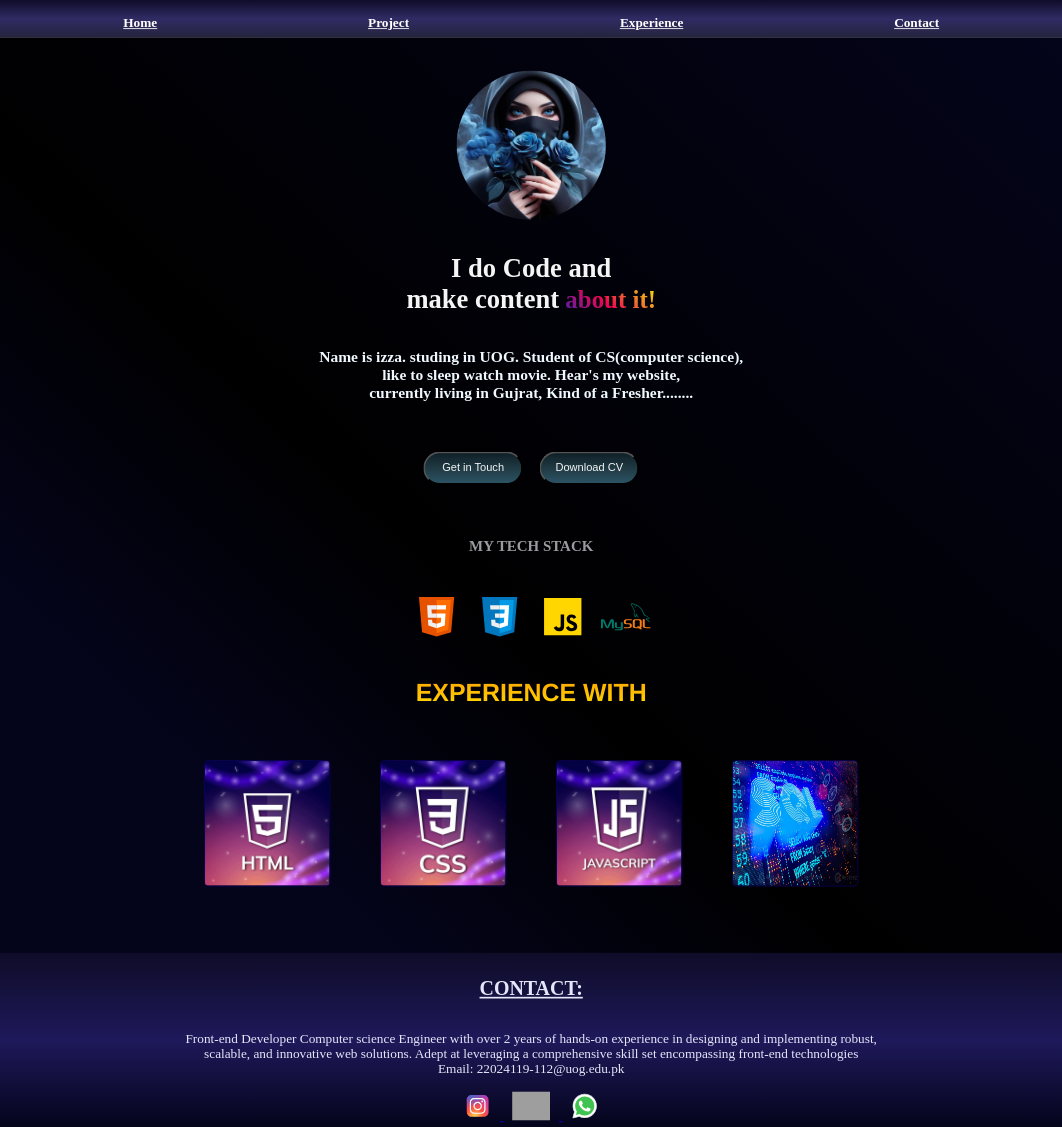
Repository: Fizza-112/portfolio
Page: index.html
The author's editor kept a copy of each file at every save. The page is drawn from the files as they stood at one save, then again after a run of saves.
The browser window is 1280 px wide. The pictures show the whole page, at 83% of full size.
Pictures or frames that could not be fetched are drawn as grey boxes.

Above is the page before, as saved 2024-09-07 05:58:41.

After the next 5 saves:
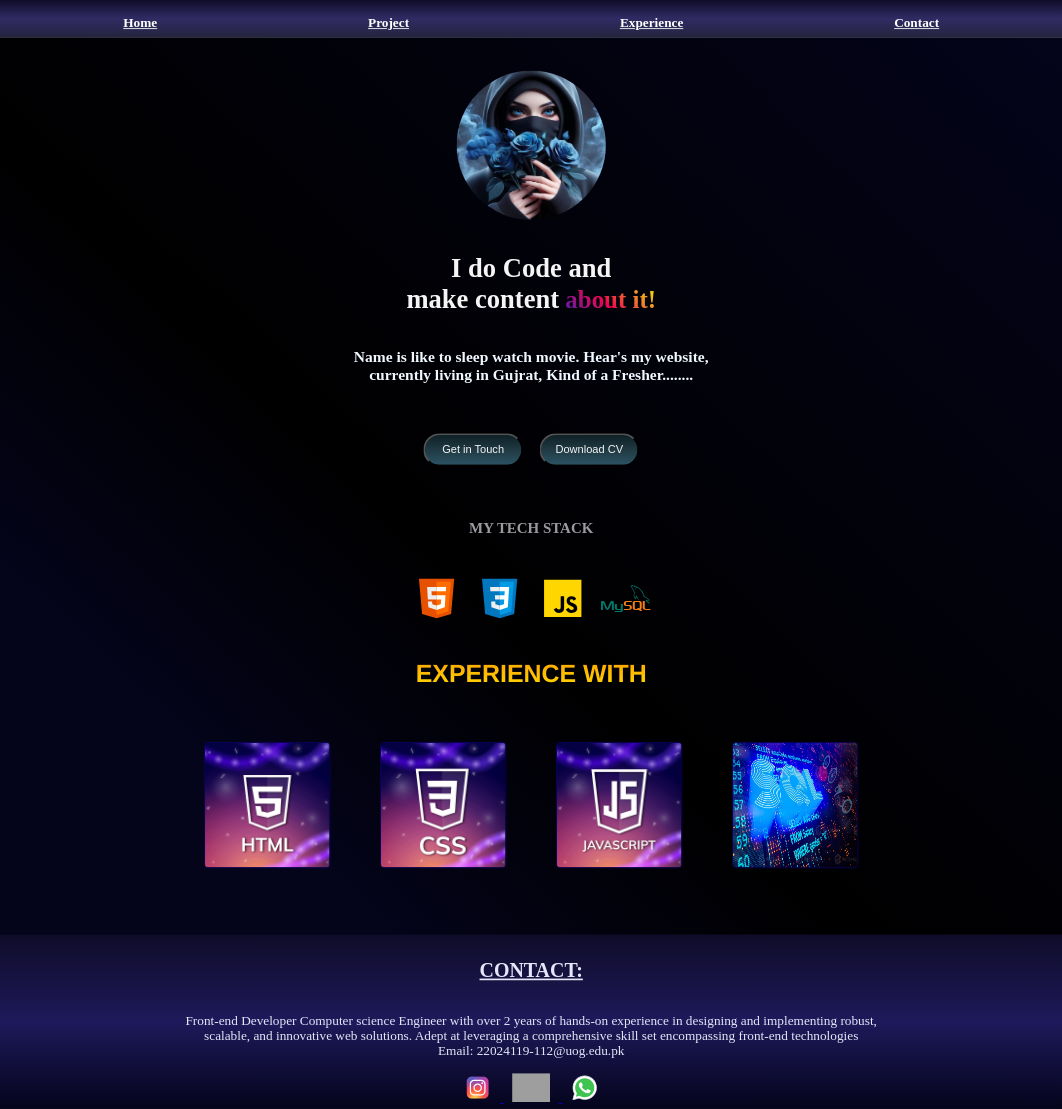
The 5 saves are shown as one change because they came seconds apart.
The last was saved 34 s later.
--- a/index.html
+++ b/index.html
@@ -30,7 +30,7 @@
         </div>
         <p>
             <h3>
-            Name is izza. studing in UOG. Student of CS(computer science),<br>
+            Name is<span Fizza. studing in UOG. Student of CS(computer science),<br>
             like to sleep watch movie. Hear's my website,<br>
             currently living in Gujrat, Kind of a Fresher........</h3>
         </p>

After the 2 saves that followed:
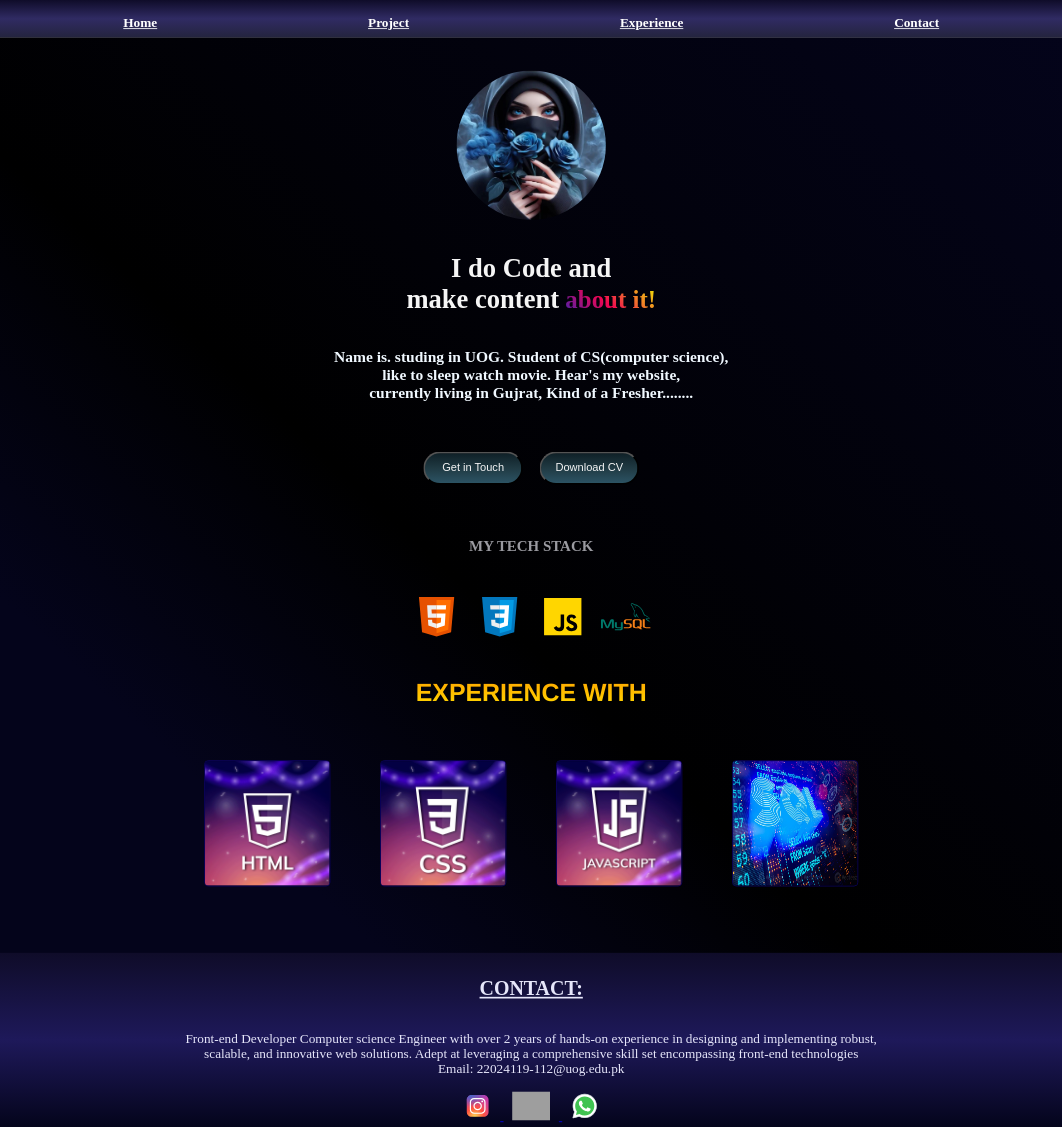
The 2 saves are shown as one change because 1 left the picture as it was.
The last was saved 11 s later.
--- a/index.html
+++ b/index.html
@@ -30,7 +30,7 @@
         </div>
         <p>
             <h3>
-            Name is<span Fizza. studing in UOG. Student of CS(computer science),<br>
+            Name is<span Fizza ></span>. studing in UOG. Student of CS(computer science),<br>
             like to sleep watch movie. Hear's my website,<br>
             currently living in Gujrat, Kind of a Fresher........</h3>
         </p>
